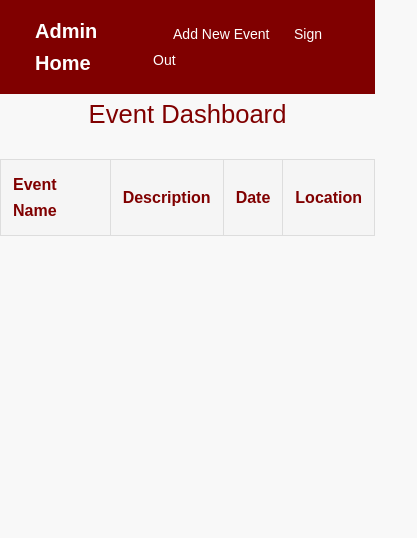
Repository: krypton-arch/College-Event-Management-System
Page: http://localhost/CollegeEvent/adminhome.html
An editor plug-in stored every save of this project. The page is shown before and after the next save, followed by the edit.
The browser window is 375 px wide. The page is 375 px wide, then 417 px, so the pictures cover 417 px, including what lies to the right of the window. The pictures show the whole page.
The page is served by Tomcat 10. Other server files are loaded and not shown. Queries for data that is not in the repository find no rows.

Above is the page before, as saved 2025-01-15 03:59:49.

### CollegeEvent/src/main/webapp/adminhome.html
<!DOCTYPE html>
<html lang="en">
<head>
    <meta charset="UTF-8">
    <meta name="viewport" content="width=device-width, initial-scale=1.0">
    <title>Admin Home</title>
    <link rel="stylesheet" href="adminhome_css.css">
</head>
<body>
    <nav class="navbar">
        <h1>Admin Home</h1>
        <div class="nav-links">
            <a href="adminnew.html">Add New Event</a>
            <a href="login.html">Sign Out</a>
        </div>
    </nav>

    <main class="dashboard">
        <header>
            <h2 id="h2">Event Dashboard</h2>
        </header>

        <section class="event-list">
            <table>
                <thead>
                    <tr>
                        <th>Event Name</th>
                        <th>Description</th>
                        <th>Date</th>
                        <th>Location</th>
                    </tr>
                </thead>
                <tbody id="event-list">
                    <!-- Events will be dynamically loaded here -->
                </tbody>
            </table>
        </section>
    </main>

    <script>
        // Fetch events from the server
        async function loadEvents() {
            const response = await fetch('fetchEvents');
            const events = await response.json();

            const eventList = document.getElementById('event-list');
            eventList.innerHTML = '';

            events.forEach(event => {
                const row = document.createElement('tr');
                row.innerHTML = `
                    <td>${event.name}</td>
                    <td>${event.description}</td>
                    <td>${event.date}</td>
                    <td>${event.location}</td>

                `;
                eventList.appendChild(row);
            });
        }

        // Load events on page load
        document.addEventListener('DOMContentLoaded', loadEvents);
    </script>
</body>
</html>

### CollegeEvent/src/main/webapp/adminhome_css.css
@charset "ISO-8859-1";

* {
    box-sizing: border-box;
    margin: 0;
    padding: 0;
}

body {
    font-family: Arial, sans-serif;
    background-color: #f8f8f8; /* Light cream background */
    color: #333;
    line-height: 1.6;
}

/* Navbar */
.navbar {
    display: flex;
    justify-content: space-between;
    align-items: center;
    background-color: maroon;
    color: white;
    padding: 15px;
}

.navbar h1 {
    margin-left: 20px;
    font-size: 24px;
}

.nav-links {
    margin-right: 20px;
}

.nav-links a {
    color: white;
    text-decoration: none;
    margin-left: 20px;
    font-size: 16px;
}

.nav-links a:hover {
    text-decoration: underline;
}

/* Main Content */
.main-content {
    max-width: 800px;
    margin: 40px auto;
    background-color: #ffffff;
    padding: 20px;
    border-radius: 10px;
    box-shadow: 0 0 20px rgba(0, 0, 0, 0.1);
}

h2 {
    text-align: center;
    color: maroon;
    margin-bottom: 1.5rem;
    font-size: 1.6rem;
    font-weight: 500;
}

table {
    width: 100%;
    border-collapse: collapse;
    margin-top: 1.5rem;
    font-size: 1rem;
}

th, td {
    border: 1px solid #ddd;
    padding: 12px;
    text-align: left;
    transition: background-color 0.3s;
}

th {
    background-color: #f5f5f5;
    color: maroon;
    font-weight: 600;
}

tr:nth-child(even) {
    background-color: #f9f9f9;
}

td {
    color: #555; /* Slightly lighter text for cells */
}

td button {
    background-color: maroon;
    color: white;
    border: none;
    padding: 8px 12px;
    border-radius: 5px;
    cursor: pointer;
    font-size: 0.9rem;
    transition: background-color 0.3s;
}

td button:hover {
    background-color: rgb(128, 0, 0); /* Slightly lighter maroon */
}

/* Form Section */
.form-section {
    text-align: center;
}

.form-section h2 {
    color: maroon;
    font-size: 28px;
    margin-bottom: 20px;
}

.form-group {
    margin-bottom: 15px;
    text-align: left;
}

.form-group label {
    display: block;
    font-weight: bold;
    margin-bottom: 5px;
    color: maroon;
}

.form-group input,
.form-group textarea {
    width: 100%;
    padding: 10px;
    font-size: 14px;
    border: 1px solid #ccc;
    border-radius: 5px;
    background-color: #f9f9f9;
}

.form-group input:focus,
.form-group textarea:focus {
    outline: none;
    border-color: maroon;
    box-shadow: 0 0 5px rgba(128, 0, 0, 0.3);
}

/* Submit Button */
.btn {
    display: inline-block;
    padding: 10px 20px;
    font-size: 16px;
    font-weight: bold;
    background-color: maroon;
    color: white;
    border: none;
    border-radius: 5px;
    cursor: pointer;
    transition: background-color 0.3s;
}

.btn:hover {
    background-color: rgb(128, 0, 0);
}

/* Popup Styles */
.popup {
    display: none;
    position: fixed;
    left: 50%;
    top: 50%;
    transform: translate(-50%, -50%);
    background-color: white;
    padding: 20px;
    border: 1px solid #ccc;
    border-radius: 10px;
    box-shadow: 0 0 20px rgba(0, 0, 0, 0.2);
    z-index: 1000;
    width: 300px;
    text-align: center;
}

.popup p {
    font-size: 14px;
    margin: 15px 0;
}

.popup button {
    padding: 10px 20px;
    background-color: maroon;
    color: white;
    border: none;
    border-radius: 5px;
    cursor: pointer;
}

.popup button:hover {
    background-color: rgb(128, 0, 0);
}

/* Responsive Design */
@media (max-width: 600px) {
    .main-content {
        padding: 15px;
    }

    .navbar h1 {
        font-size: 20px;
    }

    .nav-links a {
        font-size: 14px;
    }
}

### CollegeEvent/src/main/java/college/EventFetchServlet.java
package college;

import jakarta.servlet.ServletException;
import jakarta.servlet.annotation.WebServlet;
import jakarta.servlet.http.HttpServlet;
import jakarta.servlet.http.HttpServletRequest;
import jakarta.servlet.http.HttpServletResponse;
import com.google.gson.Gson;

import java.io.IOException;
import java.io.PrintWriter;
import java.sql.Connection;
import java.sql.DriverManager;
import java.sql.PreparedStatement;
import java.sql.ResultSet;
import java.sql.SQLException;
import java.util.ArrayList;
import java.util.List;

@WebServlet("/fetchEvents")
public class EventFetchServlet extends HttpServlet {
    private static final long serialVersionUID = 1L;

    // JDBC connection parameters
    private static final String JDBC_URL = "jdbc:mysql://localhost:3306/user_management";
    private static final String JDBC_USER = "root";
    private static final String JDBC_PASS = "root";

    @Override
    protected void doGet(HttpServletRequest request, HttpServletResponse response)
            throws ServletException, IOException {

        // Set response type to JSON
        response.setContentType("application/json");
        PrintWriter out = response.getWriter();
        Gson gson = new Gson();

        // List to store event details
        List<Event> events = new ArrayList<>();

        try {
            Class.forName("com.mysql.cj.jdbc.Driver"); // Load MySQL JDBC driver
        } catch (ClassNotFoundException e) {
            log("MySQL JDBC Driver not found.", e);
            out.write(gson.toJson(new Response(false, "Internal server error")));
            return;
        }

        // Database connection and event retrieval
        try (Connection connection = DriverManager.getConnection(JDBC_URL, JDBC_USER, JDBC_PASS);
             PreparedStatement preparedStatement = connection.prepareStatement(
                     "SELECT name, description, date, location FROM events")) {

            // Execute query and get the result
            try (ResultSet resultSet = preparedStatement.executeQuery()) {
                while (resultSet.next()) {
                    String name = resultSet.getString("name");
                    String description = resultSet.getString("description");
                    String date = resultSet.getString("date");
                    String location = resultSet.getString("location");

                    events.add(new Event(name, description, date, location));
                }
            }

            // Write the events as JSON response
            out.write(gson.toJson(events));

        } catch (SQLException e) {
            // Handle SQL errors
            e.printStackTrace();
            out.write(gson.toJson(new Response(false, "Database error")));
        }
    }

    // Event class for structured event data
    private static class Event {
        private final String name;
        private final String description;
        private final String date;
        private final String location;

        public Event(String name, String description, String date, String location) {
            this.name = name;
            this.description = description;
            this.date = date;
            this.location = location;
        }

        public String getName() {
            return name;
        }

        public String getDescription() {
            return description;
        }

        public String getDate() {
            return date;
        }

        public String getLocation() {
            return location;
        }
    }

    // Response class for structured JSON output
    private static class Response {
        private final boolean success;
        private final String message;

        public Response(boolean success, String message) {
            this.success = success;
            this.message = message;
        }

        public boolean isSuccess() {
            return success;
        }

        public String getMessage() {
            return message;
        }
    }
}

After the next save:
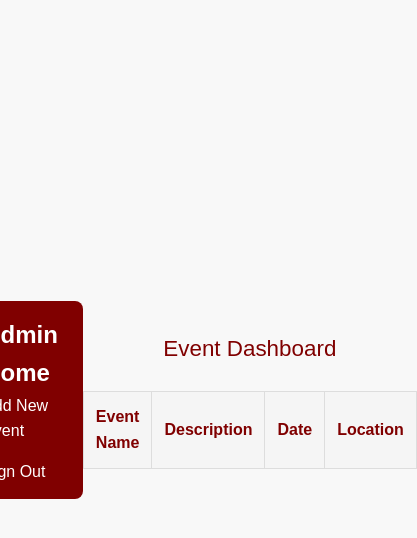
Saved 3 min 45 s later.
--- a/CollegeEvent/src/main/webapp/adminhome_css.css
+++ b/CollegeEvent/src/main/webapp/adminhome_css.css
@@ -11,6 +11,11 @@ body {
     background-color: #f8f8f8; /* Light cream background */
     color: #333;
     line-height: 1.6;
+    min-height: 100vh;
+    display: flex;
+    justify-content: center;
+    align-items: center;
+    padding: 0 15px;
 }
 
 /* Navbar */
@@ -20,23 +25,28 @@ body {
     align-items: center;
     background-color: maroon;
     color: white;
-    padding: 15px;
+    padding: 15px 25px;
+    border-radius: 8px;
+    width: 100%;
+    max-width: 1200px;
 }
 
 .navbar h1 {
-    margin-left: 20px;
+    margin: 0;
     font-size: 24px;
+    font-weight: 600;
 }
 
 .nav-links {
-    margin-right: 20px;
+    display: flex;
+    gap: 20px;
 }
 
 .nav-links a {
     color: white;
     text-decoration: none;
-    margin-left: 20px;
     font-size: 16px;
+    transition: text-decoration 0.3s ease;
 }
 
 .nav-links a:hover {
@@ -45,22 +55,24 @@ body {
 
 /* Main Content */
 .main-content {
-    max-width: 800px;
-    margin: 40px auto;
-    background-color: #ffffff;
-    padding: 20px;
+    max-width: 1000px;
+    width: 100%;
+    background-color: white;
+    padding: 30px;
     border-radius: 10px;
-    box-shadow: 0 0 20px rgba(0, 0, 0, 0.1);
+    box-shadow: 0 4px 15px rgba(0, 0, 0, 0.1);
+    margin-top: 20px;
 }
 
 h2 {
     text-align: center;
     color: maroon;
     margin-bottom: 1.5rem;
-    font-size: 1.6rem;
+    font-size: 1.8rem;
     font-weight: 500;
 }
 
+/* Table Styles */
 table {
     width: 100%;
     border-collapse: collapse;
@@ -86,7 +98,7 @@ tr:nth-child(even) {
 }
 
 td {
-    color: #555; /* Slightly lighter text for cells */
+    color: #555;
 }
 
 td button {
@@ -97,16 +109,20 @@ td button {
     border-radius: 5px;
     cursor: pointer;
     font-size: 0.9rem;
-    transition: background-color 0.3s;
+    transition: background-color 0.3s ease;
 }
 
 td button:hover {
-    background-color: rgb(128, 0, 0); /* Slightly lighter maroon */
+    background-color: rgb(128, 0, 0);
 }
 
 /* Form Section */
 .form-section {
     text-align: center;
+    padding: 20px;
+    background-color: #ffffff;
+    border-radius: 10px;
+    box-shadow: 0 4px 15px rgba(0, 0, 0, 0.1);
 }
 
 .form-section h2 {
@@ -130,11 +146,12 @@ td button:hover {
 .form-group input,
 .form-group textarea {
     width: 100%;
-    padding: 10px;
+    padding: 12px;
     font-size: 14px;
     border: 1px solid #ccc;
     border-radius: 5px;
     background-color: #f9f9f9;
+    transition: border-color 0.3s ease;
 }
 
 .form-group input:focus,
@@ -147,7 +164,7 @@ td button:hover {
 /* Submit Button */
 .btn {
     display: inline-block;
-    padding: 10px 20px;
+    padding: 12px 25px;
     font-size: 16px;
     font-weight: bold;
     background-color: maroon;
@@ -155,7 +172,7 @@ td button:hover {
     border: none;
     border-radius: 5px;
     cursor: pointer;
-    transition: background-color 0.3s;
+    transition: background-color 0.3s ease;
 }
 
 .btn:hover {
@@ -191,6 +208,7 @@ td button:hover {
     border: none;
     border-radius: 5px;
     cursor: pointer;
+    transition: background-color 0.3s ease;
 }
 
 .popup button:hover {
@@ -199,15 +217,29 @@ td button:hover {
 
 /* Responsive Design */
 @media (max-width: 600px) {
+    .navbar {
+        flex-direction: column;
+        align-items: flex-start;
+    }
+
+    .nav-links {
+        flex-direction: column;
+        gap: 15px;
+    }
+
     .main-content {
+        padding: 20px;
+    }
+
+    .form-section {
         padding: 15px;
     }
 
-    .navbar h1 {
-        font-size: 20px;
-    }
-
-    .nav-links a {
+    h2 {
+        font-size: 1.4rem;
+    }
+
+    .btn {
         font-size: 14px;
     }
 }
